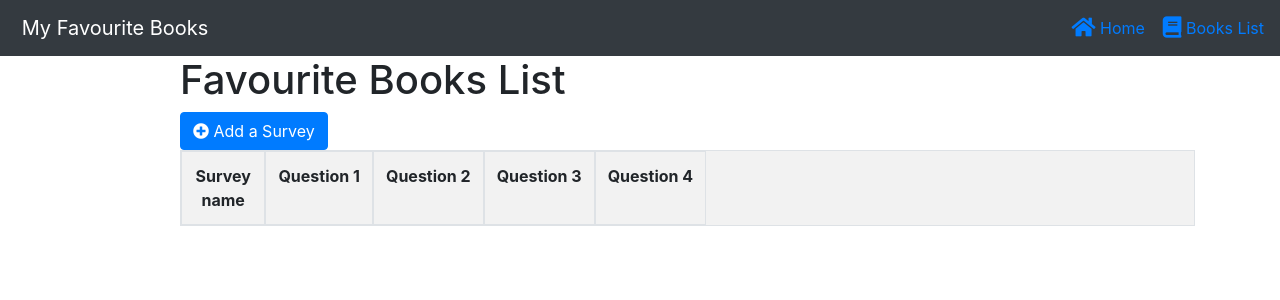
Repository: lord-NAVY/titans
Page: http://localhost/book-list
An editor plug-in stored every save of this project. The page is shown before and after the next save, followed by the edit.
The browser window is 1280 px wide. The pictures show the whole page.
The page is served by the project's Node server (server.js). Other server files are loaded and not shown. Queries for data that is not in the repository find no rows.

Above is the page before, as saved 2021-11-09 20:53:46.

### server/views/book/index.ejs
<%- include ../partials/header.ejs %>

<%- include ../partials/main_nav.ejs %>


  <!-- Main Content -->
  <main class="container">
    <div class="row">
        <div class="offset-md-1 col-md-11">
            <h1>Favourite Books List</h1>

            <!-- FIX THE ADD BUTTON BELOW -->
            <a href="/book-list/add" class="btn btn-primary" role="button">
            <i class="fas fa-plus-circle"></i> Add a Survey</a>
            <br>
            <table class="table table-bordered table-striped table-hover">
                <!-- Header Row-->
                <tr class="d-flex">
                    <th class="text-center col-1">Survey name</th>
                    <th class="text-center col-2.5">Question 1</th>
                    <th class="text-center col-2.5">Question 2</th>
                    <th class="text-center col-2.5">Question 3</th>
                    <th class="text-center col-2.5">Question 4</th>

                </tr>

                <!-- Repeatable Template Row -->

                <% for(let count = 0; count < BookList.length; count++) { %>
                    <tr class="d-flex">
                        <td class="text-center col-1"><%= BookList[count].Title%></td>
                        <td class="text-center col-2.5"><%= BookList[count].Description %></td>
                        <td class="text-center col-2.5"><%= BookList[count].Price%></td>
                        <td class="text-center col-2.5"><%= BookList[count].Author %></td>
                        <td class="text-center col-2.5"><%= BookList[count].Genre %></td>

                    <!-- ADD the EDIT BUTTON HERE -->


                            <a href="/book-list/edit/<%= BookList[count]._id %>" class="btn btn-primary btn-sm">
                            <i class="fas fa-pencil-alt"></i> Edit</a>
                        </td>
                        <td class="text-center col-1">

                         <!-- ADD the DELETE BUTTON HERE -->
                            <a href="/book-list/delete/<%= BookList[count]._id %>" class="btn btn-danger btn-sm">
                            <i class="fas fa-trash-alt"></i> Delete</a>
                        </td>
                    </tr>
                <% } %>
            </table>
        </div>
    </div>
  </main>

### server/views/partials/main_nav.ejs
<!-- Main Navigation -->
  <nav class="navbar navbar-expand-lg navbar-dark bg-dark">
      <a class="navbar-brand" href="/"><i class="fa fa-bookmark-o"></i> My Favourite Books</a>
    <button class="navbar-toggler" type="button" data-toggle="collapse" data-target="#navbarSupportedContent" aria-controls="navbarSupportedContent" aria-expanded="false" aria-label="Toggle navigation">
      <span class="navbar-toggler-icon"></span>
    </button>

    <div class="collapse navbar-collapse" id="navbarSupportedContent">
      <ul class="navbar-nav ml-auto">

           <% if(title == "Home") { %>
          <li class="active"><a href="/"><i class="fa fa-home fa-lg"></i> Home   &nbsp; &nbsp; </a></li>
        <% } else { %>
          <li><a href="/"><i class="fa fa-home fa-lg"></i> Home &nbsp; &nbsp;   </a></li>
        <% } %>

          <% if(title == "books") { %>
          <li class="active"><a href="/books"><i class="fa fa-book fa-lg">
          </i>    Books List</a></li>
          <% } else { %>
            <li><a href="/book-list"><i class="fa fa-book fa-lg">
            </i>   Books List</a></li>
          <% } %>
</ul>
    </div>
  </nav>

### server.js
#!/usr/bin/env node

/* server.js
Students's name: Arshpreet Singh
StudentID: 301174738
Date: 31 October, 2021
*/

/**
 * Module dependencies.
 */

var app = require('./server/config/app');
var debug = require('debug')('week-4:server');
var http = require('http');

/**
 * Get port from environment and store in Express.
 */

var port = normalizePort(process.env.PORT || '3000');
app.set('port', port);

/**
 * Create HTTP server.
 */

var server = http.createServer(app);

/**
 * Listen on provided port, on all network interfaces.
 */

server.listen(port);
server.on('error', onError);
server.on('listening', onListening);

/**
 * Normalize a port into a number, string, or false.
 */

function normalizePort(val) {
  var port = parseInt(val, 10);

  if (isNaN(port)) {
    // named pipe
    return val;
  }

  if (port >= 0) {
    // port number
    return port;
  }

  return false;
}

/**
 * Event listener for HTTP server "error" event.
 */

function onError(error) {
  if (error.syscall !== 'listen') {
    throw error;
  }

  var bind = typeof port === 'string'
    ? 'Pipe ' + port
    : 'Port ' + port;

  // handle specific listen errors with friendly messages
  switch (error.code) {
    case 'EACCES':
      console.error(bind + ' requires elevated privileges');
      process.exit(1);
      break;
    case 'EADDRINUSE':
      console.error(bind + ' is already in use');
      process.exit(1);
      break;
    default:
      throw error;
  }
}

/**
 * Event listener for HTTP server "listening" event.
 */

function onListening() {
  var addr = server.address();
  var bind = typeof addr === 'string'
    ? 'pipe ' + addr
    : 'port ' + addr.port;
  debug('Listening on ' + bind);
}

### server/controllers/book.js
/* book.js
Students's name: Arshpreet Singh
StudentID: 301174738
Date: 31 October, 2021
Web app name: COMP229-F2021-MidTerm-301174738
*/

let express = require('express');
let router = express.Router();
let mongoose = require('mongoose');

// create a reference to the model
let Book = require('../models/book');

module.exports.displayBookList = (req, res, next) => {
    Book.find((err, bookList) => {
        if(err)
        {
            return console.error(err);
        }
        else
        {
            //console.log(BookList);

            res.render('book/index', {title: 'Books', BookList: bookList});
        }
    });
}

module.exports.displayAddPage = (req, res, next) => {
    res.render('book/details', {title: 'Add Book'})
}

module.exports.processAddPage = (req, res, next) => {
    let newBook = Book({
        "Title": req.body.Title,
        "Author": req.body.Author,
        "Genre": req.body.Genre,
        "Description": req.body.Description,
        "Price": req.body.Price
    });

    Book.create(newBook, (err, Book) =>{
        if(err)
        {
            console.log(err);
            res.end(err);
        }
        else
        {
            // refresh the book list
            res.redirect('/book-list');
        }
    });

}

module.exports.displayEditPage = (req, res, next) => {
    let id = req.params.id;

    Book.findById(id, (err, bookToEdit) => {
        if(err)
        {
            console.log(err);
            res.end(err);
        }
        else
        {
            //show the edit view
            res.render('book/edit', {title: 'Edit Book', book: bookToEdit})
        }
    });
}

module.exports.processEditPage = (req, res, next) => {
    let id = req.params.id

    let updatedBook = Book({
        "_id": id,
        "Title": req.body.Title,
        "Author": req.body.Author,
        "Genre": req.body.Genre,
        "Description": req.body.Description,
        "Price": req.body.Price
    });

    Book.updateOne({_id: id}, updatedBook, (err) => {
        if(err)
        {
            console.log(err);
            res.end(err);
        }
        else
        {
            // refresh the book list
            res.redirect('/book-list');
        }
    });
}

module.exports.performDelete = (req, res, next) => {
    let id = req.params.id;

    Book.remove({_id: id}, (err) => {
        if(err)
        {
            console.log(err);
            res.end(err);
        }
        else
        {
             // refresh the book list
             res.redirect('/book-list');
        }
    });
}

### public/Content/app.css
/* app.css
Students's name: Arshpreet Singh
StudentID: 301174738
Date: 31 October, 2021
Web app name: COMP229-F2021-MidTerm-301174738
*/

/* custom css goes here */

Loaded but not shown: server/views/partials/header.ejs (common file)

After the next save:
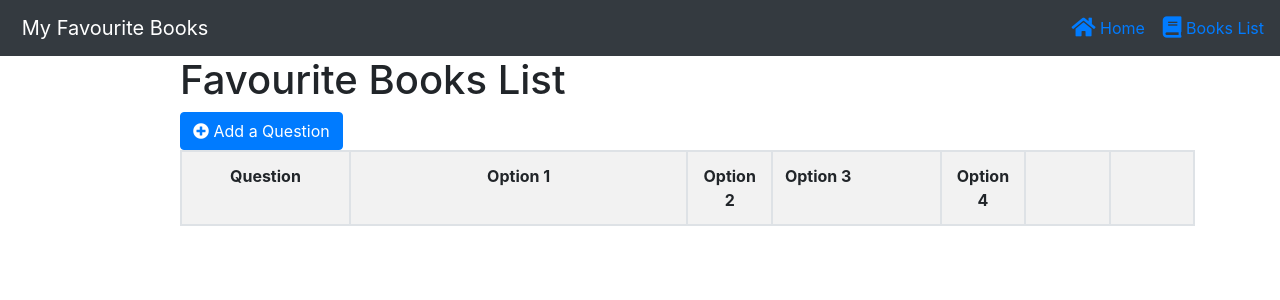
Saved 34 s later.
--- a/server/views/book/index.ejs
+++ b/server/views/book/index.ejs
@@ -11,28 +11,30 @@
 
             <!-- FIX THE ADD BUTTON BELOW -->
             <a href="/book-list/add" class="btn btn-primary" role="button">
-            <i class="fas fa-plus-circle"></i> Add a Survey</a>
+            <i class="fas fa-plus-circle"></i> Add a Question</a>
             <br>
             <table class="table table-bordered table-striped table-hover">
                 <!-- Header Row-->
                 <tr class="d-flex">
-                    <th class="text-center col-1">Survey name</th>
-                    <th class="text-center col-2.5">Question 1</th>
-                    <th class="text-center col-2.5">Question 2</th>
-                    <th class="text-center col-2.5">Question 3</th>
-                    <th class="text-center col-2.5">Question 4</th>
-
+                    <th class="text-center col-2">Question</th>
+                    <th class="text-center col-4">Option 1</th>
+                    <th class="text-center col-1">Option 2</th>
+                    <th class="col-2">Option 3</th>
+                    <th class="text-center col-1">Option 4</th>
+                    <th class="text-center col-1"></th>
+                    <th class="text-center col-1"></th>
                 </tr>
 
                 <!-- Repeatable Template Row -->
 
                 <% for(let count = 0; count < BookList.length; count++) { %>
                     <tr class="d-flex">
-                        <td class="text-center col-1"><%= BookList[count].Title%></td>
-                        <td class="text-center col-2.5"><%= BookList[count].Description %></td>
-                        <td class="text-center col-2.5"><%= BookList[count].Price%></td>
-                        <td class="text-center col-2.5"><%= BookList[count].Author %></td>
-                        <td class="text-center col-2.5"><%= BookList[count].Genre %></td>
+                        <td class="text-center col-2"><%= BookList[count].Title%></td>
+                        <td class="text-center col-4"><%= BookList[count].Description %></td>
+                        <td class="text-center col-1"><%= BookList[count].Price%></td>
+                        <td class="col-2"><%= BookList[count].Author %></td>
+                        <td class="text-center col-1"><%= BookList[count].Genre %></td>
+                        <td class="text-center col-1">
 
                     <!-- ADD the EDIT BUTTON HERE -->
 
